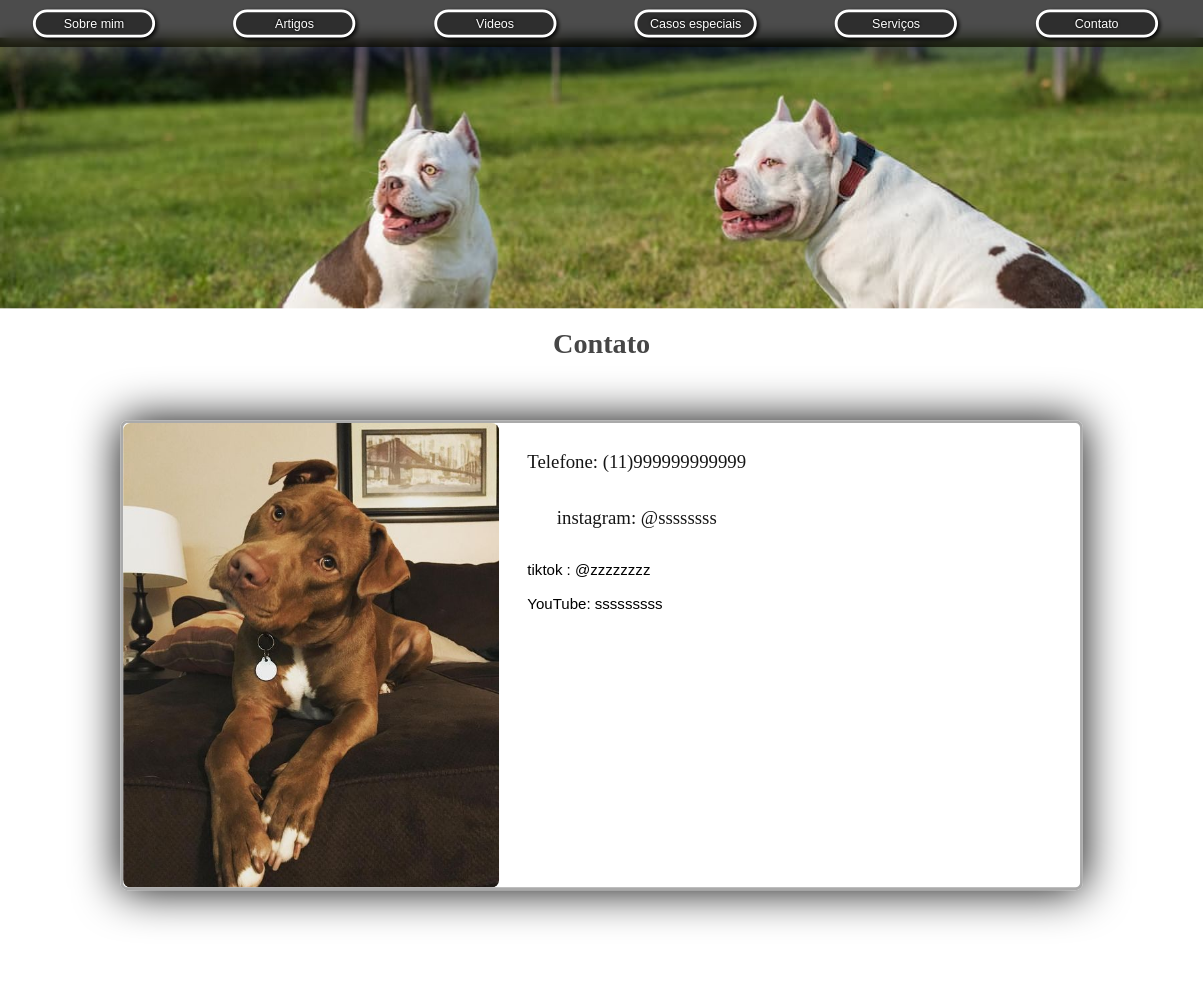
Repository: KevynMarques/Blog-React-StyledComponent
Page: /, after clicking the first element matching `button.sc-iGgWBj`
An editor plug-in stored every save of this project. The page is shown before and after the next save, followed by the edit.
The browser window is 1280 px wide. The pictures show the whole page, at 94% of full size.
The project was rebuilt for these pictures with package versions that can differ from the ones it lists, and the page was loaded fresh each time. Also part of the build but not shown: src/Components/Artigos/index.jsx, src/Components/Clientes/index.jsx, src/Components/Serviços/index.jsx, src/Components/View/index.jsx.

Above is the page before, as saved 2022-02-21 19:30:19.

After the next save:
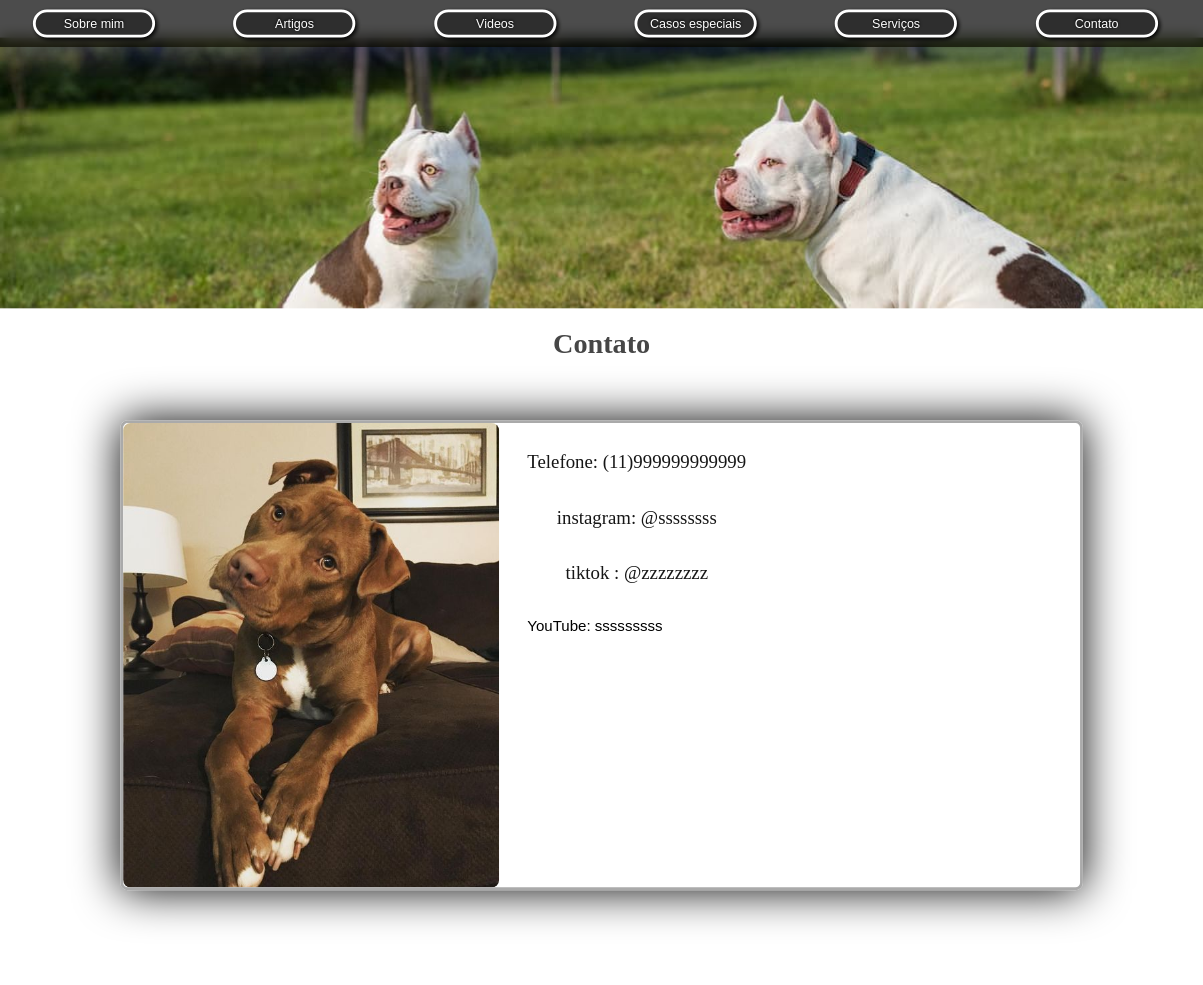
Saved 5 s later.
--- a/src/Components/Contato/index.jsx
+++ b/src/Components/Contato/index.jsx
@@ -31,7 +31,7 @@ export default () => {
          <Grif> instagram: @ssssssss </Grif>
          <br></br><br></br>
 
-         tiktok : @zzzzzzzz
+       <Grif>  tiktok : @zzzzzzzz</Grif>
         <br></br><br></br>
 
         YouTube:  sssssssss
